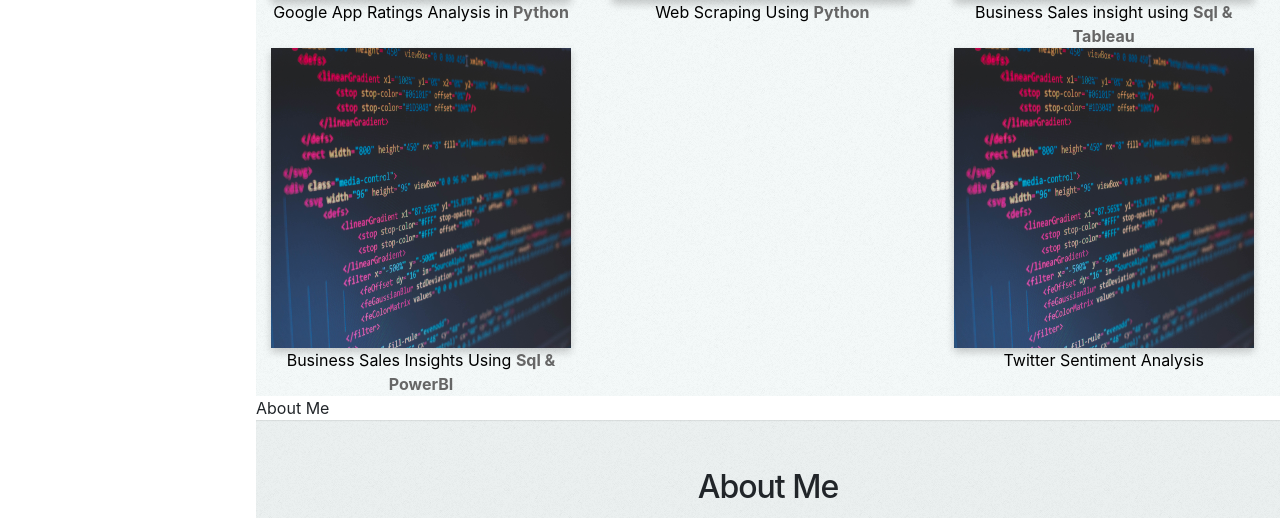
Repository: IslamInjila/new_portfolio
Page: index.html
An editor plug-in stored every save of this project. The page is shown before and after the next save, followed by the edit.
The browser window is 1280 px wide. The pictures show the part of the page from y = 737 to 1255 px (the page is 2509 px tall before and 2557 px after).
A picture or video elsewhere on the page could not be fetched, so the positions and the page height are approximate. Some web libraries are served in a nearby version.

Above is the page before, as saved 2021-08-15 13:56:34.
Console error: TypeError: Cannot read properties of undefined (reading 'fn')

### index.html
<!DOCTYPE HTML>

<html>
	<head>
		<title>Prologue by HTML5 UP</title>
		<meta charset="utf-8" />
		<meta name="viewport" content="width=device-width, initial-scale=1, user-scalable=no" />
		<link rel="stylesheet" href="assets/css/main.css" />
	</head>
	<body class="is-preload">

		<!-- Header -->
			<div id="header">

				<div class="top">

					<!-- Logo -->
						<div id="logo">
							<span class="image avatar48"><img src="images/photome.jpg" alt="" /></span>
							<h1 id="title">Injila Islam</h1>
							<p>Software Developer</p>
						</div>

					<!-- Nav -->
						<nav id="nav">
							<ul>
								<li><a href="#top" id="top-link"><span class="icon solid fa-home">Intro</span></a></li>
								<li><a href="#portfolio" id="portfolio-link"><span class="icon solid fa-th">Portfolio</span></a></li>
								<li><a href="#contact" id="contact-link"><span class="icon solid fa-envelope">About Me </span></a></li>

								<li><a href="#contact" id="contact-link"><span class="icon solid fa-envelope">Contact </span></a></li>

							</ul>

						</nav>

				</div>

				<div class="bottom">

					<!-- Social Icons -->
						<!-- <ul class="icons">
							<li><a href="#" class="icon brands fa-twitter"><span class="label">Twitter</span></a></li>
							<li><a href="#" class="icon brands fa-facebook-f"><span class="label">Facebook</span></a></li>
							<li><a href="#" class="icon brands fa-github"><span class="label">Github</span></a></li>
							<li><a href="#" class="icon brands fa-dribbble"><span class="label">Dribbble</span></a></li>
							<li><a href="#" class="icon solid fa-envelope"><span class="label">Email</span></a></li>
						</ul> -->

				</div>

			</div>

		<!-- Main -->
			<div id="main">

				<!-- Intro -->
					<section id="top" class="one dark cover">
						<div class="container">

							<header>
								<h2 class="alt">Hi! I am <strong>Injila Islam</strong>

							</header>

							<footer>
								<a href="#portfolio" class="button scrolly">See my portfolio</a>
								<object data="YourFile.pdf"  type="application/x-pdf" title="SamplePdf"  >
								<a href="images/injilaIslam.pdf" target="_blank" class="button scrolly">Download my Resume</a>
							</object>


							</footer>

						</div>
					</section>

				<!-- Portfolio -->
					<section id="portfolio" class="two">
						<div class="container">

							<header>
								<h2>Portfolio</h2>
							</header>

							<p>A sample of my personal projects</p>

							<div class="row">
								<div class="col-4 col-12-mobile">
									<!-- <article class="item ">
										<a href="#" class="image fit"><img src="images/data1.jpg" alt="" /></a>
										<header>
											Weather Data Analysis
											<h5><input type="button" class="nine" width="100" height="132" onclick='window.open("https://github.com/IslamInjila/python");return false;'
												target="_blank" value="view"
												/></h5>
										</header> -->







	                    	<!-- NEW DATA -->
										<div class="flip-card">
											<div class="flip-card-inner">
											  <div class="flip-card-front">

												<img src="images/dataset.jpg" alt="Avatar" style="width:300px;height:300px;">
												<div class="text-block" style="font-size: medium;">
													Google App Ratings Analysis in <b>Python</b>
													</div>

											   </div>
											  <div class="flip-card-back">
												  <br>
												<p>GOOGLE APP RATINGS ANALYSIS IN Python<p>
												<p> Google App's rating, reviews, price  have been analysed against their respective categories using PANDAS & MATPLOT. Dataset has been cleaned and downloaded from Kaggle.</p>
												<p><input type="button" class="nine" width="100" height="132" onclick='window.open("https://github.com/IslamInjila/GoogleAppRatingAnalysis");return false;'
													target="_blank" value="view"
													/></p>
											  </div>
											</div>
										  </div>


									<!-- </article> -->
									<br><br>
									<div class="flip-card">
										<div class="flip-card-inner">
										  <div class="flip-card-front">

											<img src="images/data1.jpg" alt="Avatar" style="width:300px;height:300px;">
											<div class="text-block" style="font-size: medium;">
												Business Sales Insights Using <b>Sql & PowerBI</b>
												</div>

										   </div>
										  <div class="flip-card-back">
											  <br>
											  <p>BUSINESS SALES INSIGHT USING SQL & POWER BI <p>
												<p>This project aims to get sales insight of a hardware business setup in India to find the major KPI.
													<br> Database has been cleaned and KPI are represented using POWER BI dashboard.
												</p>
											<p><input type="button" class="nine" width="100" height="132" onclick='window.open("images/bi.html");return false;'
												target="_blank" value="view"
												/></p>
										  </div>
										</div>
									  </div>

								</div>
								<div class="col-4 col-12-mobile">
									<div class="flip-card">
										<div class="flip-card-inner">
										  <div class="flip-card-front">

											<img src="images/data1.jpg" alt="Avatar" style="width:300px;height:300px;">
											<div class="text-block" style="font-size: medium;">
												Web Scraping Using <b>Python</b>
												</div>

										   </div>
										  <div class="flip-card-back">
											  <br>
											<p>WEB SCRAPING  IN PYTHON<p>
											<p>In this project Google playstore app website has been scraped and stored in excel file using python</p>
											<p><input type="button" class="nine" width="100" height="132" onclick='window.open("https://github.com/IslamInjila/web_scraping");return false;'
												target="_blank" value="view"
												/></p>
										  </div>
										</div>
									  </div>
									  <br><br>
									<!-- <article class="item">
										<a href="#" class="image fit"><img src="images/d3.jpg" alt="" /></a>
										<header>
											<h5>Customer Analysis </h5>
											<input type="button" class="nine" width="100" height="132" onclick='window.open("images/ExcelData.htm");return false;'
												target="_blank" value="view"
												/>
										</header>
									</article> -->
									<!-- <div class="flip-card">
										<div class="flip-card-inner">
										  <div class="flip-card-front">

											<img src="images/d3.jpg" alt="Avatar" style="width:300px;height:300px;">
											<div class="text-block" style="font-size: medium;">
												Online Customer Analysis using Excel
												</div>

										   </div>
										  <div class="flip-card-back">
											  <br>
											<p>ONLINE CUSTOMER ANALYSIS USING EXCEL<p>
											<p>online Analysis of  customer has been done of e-commerce business using pivot tables and excel dashboard. </p>
											<p><input type="button" class="nine" width="100" height="132" onclick='window.open("images/ExcelData.htm");return false;'
												target="_blank" value="view"
												/></p>
										  </div>
										</div>
									  </div> -->
									  <br><br>

								</div>
								<div class="col-4 col-12-mobile">
									<div class="flip-card">
										<div class="flip-card-inner">
										  <div class="flip-card-front">

											<img src="images/black.jpg" alt="Avatar" style="width:300px;height:300px;">
											<div class="text-block" style="font-size: medium;">
												Business Sales insight using <b>Sql  & Tableau</b>
												</div>

										   </div>
										  <div class="flip-card-back">
											  <br>
											<p>BUSINESS SALES INSIGHT USING SQL & TABLEAU <p>
											<p>This project aims to get sales insight of a hardware business setup in India to find the major KPI.
												<br> Database is cleaned using SQL and KPI are represented using Tableau dashboard.
											</p>
											<p><input type="button" class="nine" width="100" height="132" onclick='window.open("images/salesInsight_bi.html");return false;'
												target="_blank" value="view"
												/></p>
										  </div>
										</div>
									  </div>
									<!-- <article class="item">
										<a href="#" class="image fit"><img src="images/pic07.jpg" alt="" /></a>
										<header>
											<h5>visuaise data66 </h5>
											<input type="button" class="nine" width="100" height="132" onclick='window.open("http://www.foracure.org.au");return false;'
												target="_blank" value="view"
												/>
										</header>
									</article> --><br>
									<br>
									<div class="flip-card">
										<div class="flip-card-inner">
										  <div class="flip-card-front">

											<img src="images/data1.jpg" alt="Avatar" style="width:300px;height:300px;">
											<div class="text-block" style="font-size: medium;">
												Twitter Sentiment Analysis
												</div>

										   </div>
										  <div class="flip-card-back">
											  <br>
											  This script can tell you the sentiments of people sgarding to any events happening in the world by analyzing tweets related to that event. It will search for tweets about any topic and analyze each tweet to see how positive or negative it's emotion is.
											</p>
											<p><input type="button" class="nine" width="100" height="132" onclick='window.open("https://github.com/injila14/Twiiter_sentiment_analysis");return false;'
												target="_blank" value="view"
												/></p>
										  </div>
										</div>
									  </div>
								</div>
							</div>

						</div>
					</section>

				About Me
					 <section id="about" class="three">
						<div class="container">

							<header>
								<h2>About Me</h2>
							</header>

							 <a href="#" class="image featured"><img src="images/profilePic.jpg" alt="" /></a>

							 <p>I am a Professional from Computer Science & Engineering background.<br>
								I have passion for technology and love working and discovering new tools and tech and provide solutions.
								I have worked as software developer , developing website and mobile applications for various domains.

						</div>
					</section>


				<!-- Contact -->
					<section id="contact" class="four">
						<div class="container">


								<h2>Contact</h2>

							<P> Email : injilaislam.amu@gmail.com
							<br>phone no : <br> +971 544578060, +971 563978604</p>





						</div>
					</section>

			</div>

		<!-- Footer -->
			<div id="footer">

				<!-- Copyright -->
					<!-- <ul class="copyright">
						<li>&copy; Untitled. All rights reserved.</li><li>Design: <a href="http://html5up.net">HTML5 UP</a></li>
					</ul> -->

			</div>

		<!-- Scripts -->


<!-- NEW DATA -->

		<link href="//maxcdn.bootstrapcdn.com/bootstrap/4.0.0/css/bootstrap.min.css" rel="stylesheet" id="bootstrap-css">
		<script src="//maxcdn.bootstrapcdn.com/bootstrap/4.0.0/js/bootstrap.min.js"></script>
		<script src="//cdnjs.cloudflare.com/ajax/libs/jquery/3.2.1/jquery.min.js"></script>
		<!------ Include the above in your HEAD tag ---------->

<script src="assets/js/jquery.scrolly.min.js"></script>
			<script src="assets/js/jquery.scrollex.min.js"></script>
			<script src="assets/js/browser.min.js"></script>
			<script src="assets/js/breakpoints.min.js"></script>
			<script src="assets/js/util.js"></script>
			<script src="assets/js/main.js"></script>

	</body>
</html>

Loaded but not shown: assets/js/jquery.scrolly.min.js (common file); assets/js/jquery.scrollex.min.js (common file); assets/js/browser.min.js (common file); assets/js/breakpoints.min.js (common file); assets/css/fontawesome-all.min.css (library); assets/js/util.js (587 lines, source omitted); assets/js/main.js (123 lines, source omitted); assets/css/main.css (2832 lines, source omitted)

After the next save:
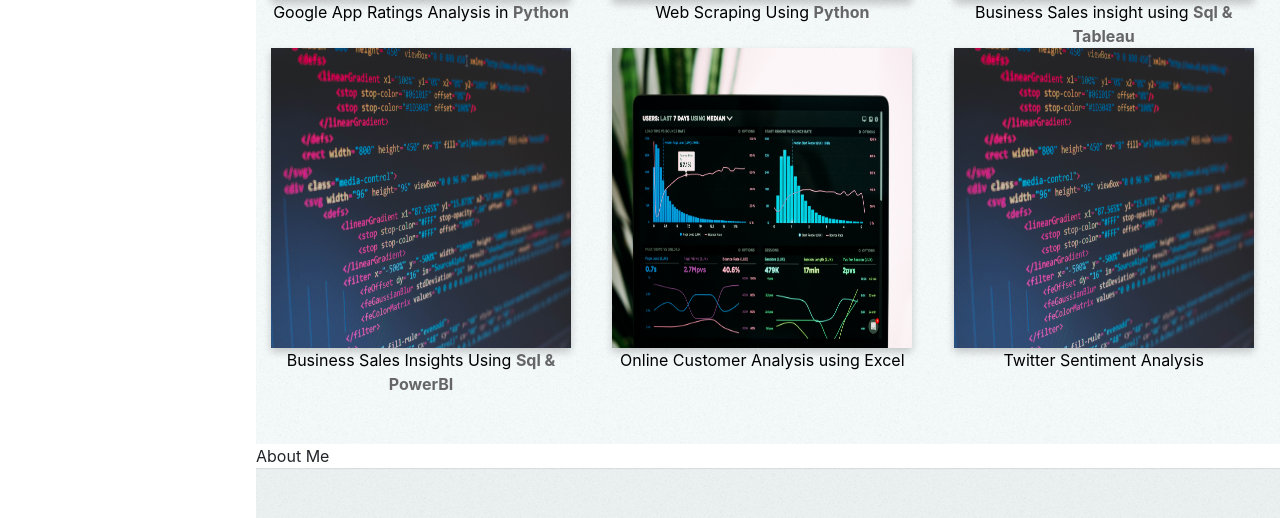
Saved 6 min 56 s later.
--- a/index.html
+++ b/index.html
@@ -182,7 +182,7 @@
 												/>
 										</header>
 									</article> -->
-									<!-- <div class="flip-card">
+									 <div class="flip-card">
 										<div class="flip-card-inner">
 										  <div class="flip-card-front">
 
@@ -201,7 +201,7 @@
 												/></p>
 										  </div>
 										</div>
-									  </div> -->
+									  </div>
 									  <br><br>
 
 								</div>
